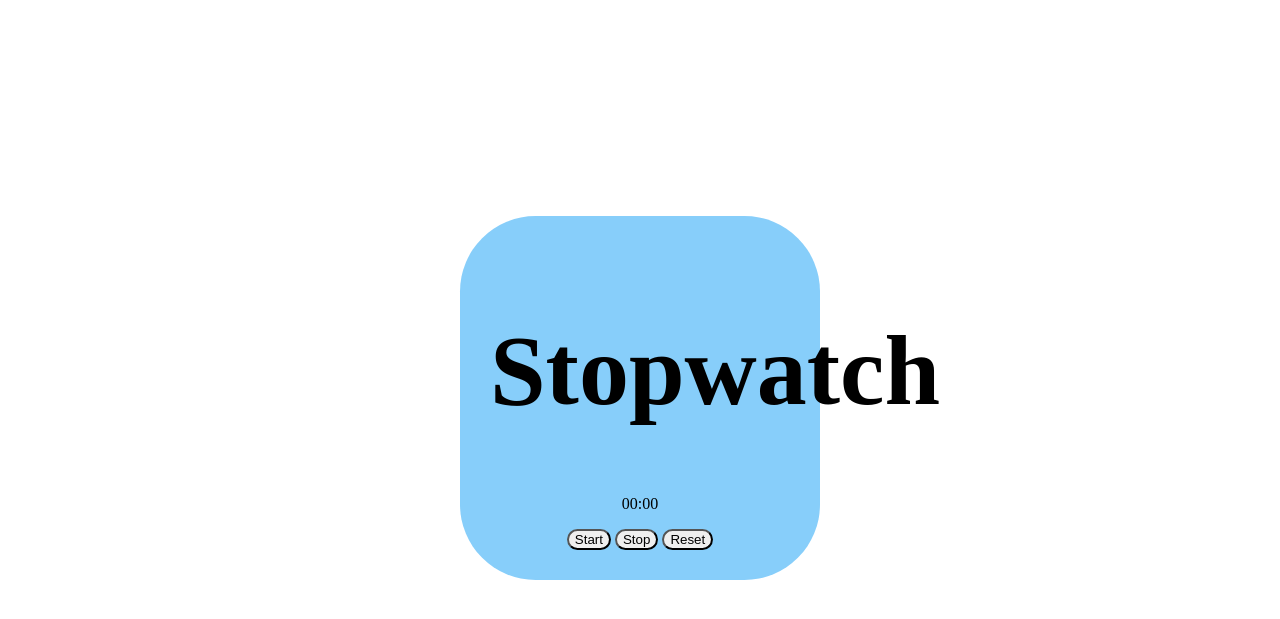
Repository: LeyaAbraham/web-dev
Page: clock.html
An editor plug-in stored every save of this project. The page is shown before and after the next save, followed by the edit.
The browser window is 1280 px wide. The pictures show the whole page.

Above is the page before, as saved 2021-01-05 23:13:43.

After the next save:
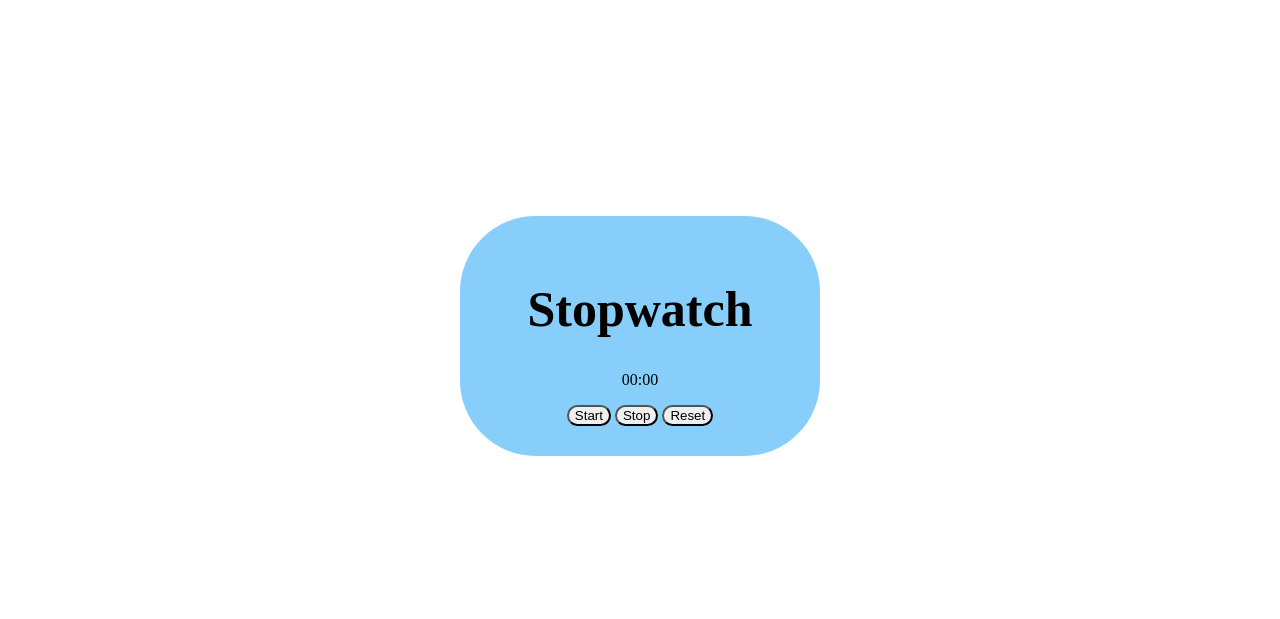
Saved 8 s later.
--- a/style.css
+++ b/style.css
@@ -21,5 +21,5 @@ button {
 }
 
 h1 {
-    font-size: 100px;
+    font-size: 50px;
 }
